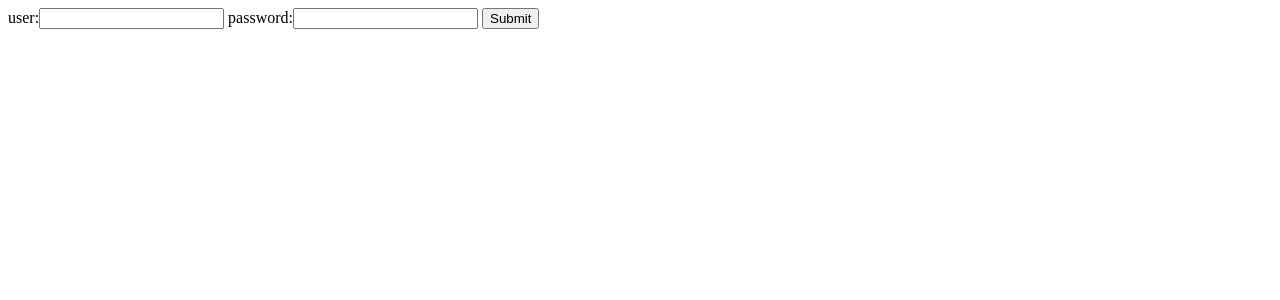
Repository: edwinisnow/jsp-servlets-demo
Page: http://localhost/JSPProject/login.jsp
These files come from the project's save history. The page is drawn as it stood at one moment and after the next save; the edit follows.
The browser window is 1280 px wide. The pictures show the whole page.
The page is served by Tomcat 9. Other server files are loaded and not shown.

Above is the page before, as saved 2024-05-09 18:43:30.

### JSPProject/src/main/webapp/login.jsp
<%@ page language="java" contentType="text/html; charset=UTF-8"
    pageEncoding="UTF-8"%>
<!DOCTYPE html>
<html>
<head>
<meta charset="UTF-8">
<title>Login Page</title>
</head>
<body>
	<form action="" method="post">
		<label htmlFor="userId">user:</label><input type="text" name="userId"/>
		<label htmlFor="password">password:</label><input type="password" name="password"/>
		<input type="submit"/>
	</form>
</body>
</html>

After the next save:
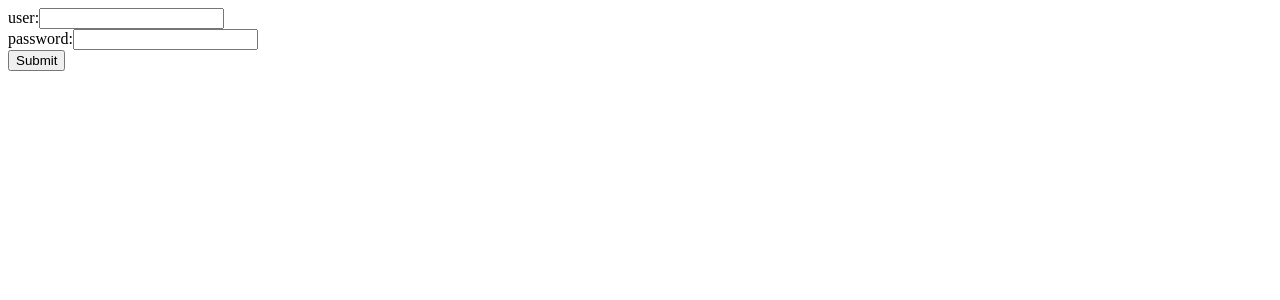
Saved 17 s later.
--- a/JSPProject/src/main/webapp/login.jsp
+++ b/JSPProject/src/main/webapp/login.jsp
@@ -8,8 +8,8 @@
 </head>
 <body>
 	<form action="" method="post">
-		<label htmlFor="userId">user:</label><input type="text" name="userId"/>
-		<label htmlFor="password">password:</label><input type="password" name="password"/>
+		<label htmlFor="userId">user:</label><input type="text" name="userId"/></br>
+		<label htmlFor="password">password:</label><input type="password" name="password"/></br>
 		<input type="submit"/>
 	</form>
 </body>
